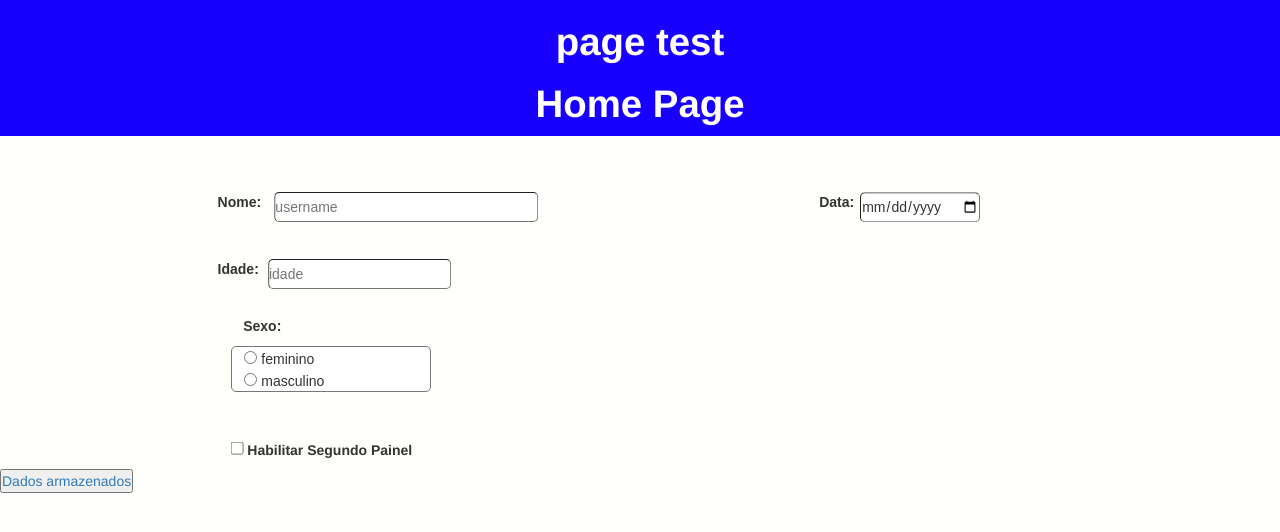
Repository: josceno/inital-page
Page: index.html
These files come from the project's save history. The page is drawn as it stood at one moment and after the next save; the edit follows.
The browser window is 1280 px wide. The pictures show the whole page.
Some web libraries are served in a nearby version.

Above is the page before, as saved 2022-02-21 12:04:05.
Console error: TypeError: Cannot read properties of null (reading 'innerHTML')

### index.html
<!DOCTYPE html>
<html>

  <head>

    <link data-require="bootstrap@3.3.7" data-semver="3.3.7" rel="stylesheet" href="https://maxcdn.bootstrapcdn.com/bootstrap/3.3.7/css/bootstrap.min.css" />
    <script data-require="jquery@*" data-semver="3.1.1" src="https://ajax.googleapis.com/ajax/libs/jquery/3.1.1/jquery.min.js"></script>
    <script data-require="bootstrap@3.3.7" data-semver="3.3.7" src="https://maxcdn.bootstrapcdn.com/bootstrap/3.3.7/js/bootstrap.min.js"></script>
    <script src="script.js">defer</script>
    <script data-require="angular.js@1.6.2" data-semver="1.6.2" src="https://ajax.googleapis.com/ajax/libs/angularjs/1.6.2/angular.js"></script>
    <link rel="stylesheet" href="style.css" />
    <script>
      const indexjs = __dirname
      module.exports = {indexjs}
    </script>
    <meta charset="UTF-8">

  </head>


  <body>


    <div class="content-wrap">

      <article>

      <header>
        <h2 style="font-size:3vw;">page test</h2>
        <h1 style="font-size:3vw;"> Home Page</h1>

      </header>
      <div id= "form">
      <form action="action._page.php">


       <!-- entradas para Nome, Idade, a Data e o Genero-->
        <div class = "Nome">
        <label for="">Nome:</label>
        <input class="Nomu"  aria-required="true" id="Nome" name="Nome" placeholder="username" type="text" size="30" max len/>

        </div>

        <div class = "idade">
        <label class=age for="">Idade:</label>
          <input class=Idade id="idade" idade="idade"  placeholder="idade" type="number" size="20"  onkeypress="return event.charCode >= 48" min="1" >
        </div>

        <div class="Data">
          <label for="">Data:</label>
            <input class=data name="data" type="date" value=2021-12-27 required id="Data"  min=2021-12-27 required></input>


          </div>
          <p class= genderlabel> Sexo:</p>
          <div class="sexo">

            <div class="genradio">
              <input type= radio name=genderi value=Feminino>   feminino<br>
              <input type= radio name=genderi value=masculino> masculino<br>

            </div>
          </div>
          <!-- O botão apresentar-->

            <button id=btn class=btnpresent onclick="clicar(); return false;" style="display:none;">Apresentar</button>

          </div>


          </div>




        <div class="checkbottom">
          <div class= check>
            <input  name=checkbox id=check1 type=checkbox value=" " onclick="aparescercampo()"/>
          <label for="">Habilitar Segundo Painel</label>
        </div>
       </div>

        <textarea   class=txt id="txt" name="txt" placeholder="Aqui vai os datados registrados acima, a primeira linha são os dados e a segunda é o numero de palavras" type="text" size="30" readonly maxlength=10000 style="display:none;"></textarea>
        <p class=titlex2 id=txt2title style="display:none;">texto Livre:</p>
        <textarea   class=txt2 id="txt2" name="txt2" placeholder="insira aqui um texto ele será contado e exibido no segundo painel" type="text" size="30"  maxlength=10000 style="display:none;"></textarea>

      </form>
    </div>

     </div>




      </style>
      <!--

        Sua estrutura html aqui

      -->
    </article>
    </div>
    <div class="dataAcss">
      <a href="/store">
        <input type ='submit' value="Dados armazenados">
      </a>

    <script src="script.js"></script>
  </body>

</html>

### script.js
// Seus scripts aqui
function datetime() {
  var title = document.getElementById('Data');
  var now = new Date();

  title.innerHTML = title.innerHTML + ' (' + now.toLocaleTimeString() + ')';
}


datetime();
D = new Date
dia = D.getDate()
mes = D.getMonth()+1
ano= D.getFullYear()
console.log(dia)
console.log(mes)
console.log(ano)
data = document.getElementById("Data")
data.min = ano+"-"+mes+"-"+dia;
data.value = ano+"-"+mes+"-"+dia;
DI= new Date(data.value)
outrodia= DI.getDate()+1
console.log(outrodia)
outromes= DI.getMonth()+1

console.log(outromes)

outroano= DI.getFullYear()

console.log(outroano)

console.log(document.getElementById("Data").value)




function aparescercampo(){
  var cb = document.getElementById("check1");
  var inputo = document.getElementById("txt");
  var inputo2 = document.getElementById("txt2");
  var btninput = document.getElementById("btn")
  var txt2label= document.getElementById("txt2title")
  if(cb.checked==true){
    inputo.style.display="block";
    inputo2.style.display="block";
    btninput.style.display="block";
    txt2label.style.display="block";

  }
  else{
    inputo.style.display="none";
    inputo2.style.display="none";
    btninput.style.display="none";
    txt2label.style.display="";
  }
}
function clicar()
{
  let gender = document.forms[0];
  let txt = "";

      txt = txt+ gender[0].value + "";
      document.getElementById("txt").value = "nome: "+  txt +"\n"


  let gender1 = document.getElementById("idade")
  let txt1 = "";


      txt1 = txt1+ gender1.value + "";
      document.getElementById("txt").value = "nome: "+  txt +"\n"+" idade: "+ txt1




      let gender2 = document.getElementById("Data")
      let Retxt2 = "";
      DI= new Date(data.value)
outrodia= DI.getDate()+1
console.log(outrodia)
outromes= DI.getMonth()+1

console.log(outromes)

outroano= DI.getFullYear()

console.log(outroano)

console.log(document.getElementById("Data").value)
if(outrodia == NaN|| outrodia == "[object HTMLTextAreaElement]"){
  alert("data invalida0")
}



      if(outroano>=ano ) {
        console.log("passou")
        console.log(ano)
        console.log(outroano)
        if(outroano>ano ){
          console.log("passou direto")
          console.log(outroano)
          gender2 = document.getElementById("Data")
             Retxt2 = "";
            console.log("passou")
              Retxt2 = Retxt2+ gender2.value + "";
              txt2 = Retxt2.split('-').reverse().join('-')
              document.getElementById("txt").value = "nome: "+  txt +"\n"+" idade: "+ txt1 +"\n"+ " data de registro " + txt2
        }
        else{if(outromes>=mes){
          console.log("passou")
          console.log(outromes)
          if(outrodia>= dia){
             gender2 = document.getElementById("Data")
             Retxt2 = "";
            console.log("passou")
              Retxt2 = Retxt2+ gender2.value + "";
              txt2 = Retxt2.split('-').reverse().join('-')
              document.getElementById("txt").value = "nome: "+  txt +"\n"+" idade: "+ txt1 +"\n"+ " data de registro " + txt2

          }
          else{
              alert("errou o dia")
              Retxt2 = Retxt2+ gender2.value + "";
              Retxt2= " "
              txt2 = Retxt2.split('-').reverse().join('-')
              document.getElementById("txt").value = "nome: "+  txt +"\n"+" idade: "+ txt1 +"\n"+ " data de registro " + txt2
          }
      }
      else{
          console.log("errou o mes")
          alert("errou o mes")
          txt2 = " "
      }}

      }
    else{
        if(outroano<ano){
        console.log("ano menor")
        txt2 = " "
        }
      }
      document.getElementById("txt").value = "nome: "+  txt +"\n"+" idade: "+ txt1 +"\n"+ " data de registro " + txt2









      let genderi = document.forms[0];
      let txt3 = "";
      let i;

      for(i=0; i <genderi.length; i++)
      {
          if(genderi[i].checked){
          txt3 = txt3+ genderi[i].value + "";


          }

      }
      document.getElementById("txt").value = "---nome: "+  txt +"\n"+"idade: "+ txt1 +"\n"+" data de registro: " + txt2 +"\n"+" Genero: " + txt3

      let gender4= document.getElementById("txt2")
      let txt4 = "";


      txt4 = txt4+ gender4.value + "";
      document.getElementById("txt").value = "---nome: "+  txt +"\n"+"idade: "+ txt1 +"\n"+" data de registro: " + txt2 +"\n"+" Genero: " + txt3 +"\n"+ txt4


      let self = document.getElementById("txt2")
        self.value = " "+self.value+ " ";
        var dito = self.value.match(/ a(?=ao |ai |au |ae |aO |aI |aU |aE )\S+/g);
        var ditO = self.value.match(/ A(?=Ao |Ai |Au |Ae |AO |AI |AU |AE )\S+/g);
        var dite = self.value.match(/ e(?=eo |ei |eu |ea )\S+/g);
        var ditE = self.value.match(/ E(?=Eo |Ei |Eu |Ea |EO |EI |EU |EA )\S+/g);
        var diti = self.value.match(/ i(?=io |ie |iu |ia )\S+/g);
        var ditI = self.value.match(/ I(?=Io |Ia |Iu |Ie |IO |IA |IU |IE )\S+/g);
        var dita = self.value.match(/ o(?=oi |oe |ou |oa )\S+/g);
        var ditA = self.value.match(/ O(?=oa |oi |ou |oe |oA |oI |oU |oE )\S+/g);
        var ditu = self.value.match(/ u(?=ui |ue |uo |ua )\S+/g);
        var ditU = self.value.match(/ U(?=Ua |Ui |Uo |Ue |UO |UI |UA |UE )\S+/g);

        var num = self.value.match(/\S+[a,á,ã,e,é,ê,i,í,o,ó,ô,õ,u,ú,A,Á,Ã.E,Ê.É,I,Ì,O,Ó,Ô,Õ,U,Ú,Y]/g);
        var tirdone = self.value.match(/\S+[a,e,i,o,u,A,E,I,O,U,Y]/g);
        var spaces = self.value.match(/[a,á,ã,e,é,ê,i,í,o,ó,ô,õ,,u,ú,A,Á,Ã.E,Ê.É,I,Ì,O,Ó,Ô,Õ,U,Ú,Y]\S+/g);


        /// checkpoint para não perda de arquivo III agr vai
        var ao = dito ? dito.length: 0;
        var Ao = ditO ? ditO.length: 0;
        var oo = dita ? dita.length: 0;
        var Oo = ditA ? ditA.length: 0;
        var eo = dite ? dite.length: 0;
        var Eo = ditE ? ditE.length: 0;
        var io =  diti ? diti.length: 0;
        var Io =  ditI ? ditI.length: 0;
        var uo =  ditu ? ditu.length: 0;
        var Uo =  ditU ? ditU.length: 0;
        console.log("duas letras",ao, Ao)
        console.log("duas letrase",eo)
        console.log("duas letrase",io)
        console.log("duas letrase",oo)
        console.log("duas letrasu",uo)
        var word = num ? num.length: 0;
        console.log("NUM",word)
        var tirdw = tirdone ? tirdone.length: 0;
        console.log("terceir",tirdw)
        var words = (spaces ? spaces.length: 0);
        console.log("palavras",words)
        var finalwarudo = word + words - (tirdw + ao + eo + io + oo + uo+ Ao +Oo+ Eo+ Io+ Uo);

        console.log("final result",finalwarudo)
        if(words>word){
          var somaT= word -words;
          finalwarudo = words
          console.log("final result2",finalwarudo)
        }



        if(finalwarudo<0){finalwarudo= finalwarudo*-1;}

        if(txt2 == " "){
          alert("data invalida")
        }

        document.getElementById("txt").value = "---nome: "+  txt +"\n"+"---idade: "+ txt1 +"\n"+ "---data: " + txt2 +"\n"+ "---Genero: " + txt3   +"\n"+"-----------------------------------"+"\n"+"    "+ txt4 +"\n"+"-----------------------------------"+"\n"+ "---numero de palavras é: " + finalwarudo;


}

### style.css
/* Suas estilizações */


*{
  margin: 0;
  padding: 0;
}
body{
  width: 100%;
  max-width: 130.3px;
  margin: 20 auto;
  height: 700px;
  background-color:rgb(254, 254, 250);
}

.content-wrap {

  margin: auto;
}

.content-wrap h1 {
  text-align: center;
  color: #ffffff;
  font-weight: bold;
}
.content-wrap h2 {
  text-align: center;
  color: #ffffff;
  font-weight: bold;
}
header{
  width:100vw;
  background-color: #1900fc;
  padding: 1px 0;
}



.Nome{

  width:80px;
  font-family: Óptima, sans-serif;
  height: 40px;
  display:flex;
  padding: 20px 0;
  transform: translate(0,90%);
  position: relative;
  left:17vw;
}
.Nomu{

  height: 30px;
  transform: translate(5%,0%);
  border-width: 0.01cm;
  border-radius: 0.5rem;
}

.idade{
  width:80px;
  display:flex;
  padding: 20px 0;
  transform: translate(0,90%);
  position: relative;
  left:17vw;
  font-family: Óptima, sans-serif;

}
.Idade{
  transform: translate(5%,0%);
  border-width: 0.01cm;
  border-radius: 0.5rem;
  height: 30px;
}
.Data{
  height: 60px;
  width:300px;
  display:flex;
  padding: 20px 0;
  margin-bottom: 10px;
  position: relative;
  transform: translate(0%,-123%);
  top:30%;
  left: 64vw;
  font-family: Óptima, sans-serif;
}
.data{
  height: 30px;
  transform: translate(5%,0%);
  border-radius: 0.5rem;
  border-width: 0.01cm;
}
.sexo{
  width: 200px;
  font-family: Óptima, sans-serif;
  border-style: solid;
  border-width: 0.01cm;
  border-color: rgb(121, 118, 118);
  border-radius: 0.5rem;
  margin-left: 10%;
  transform: translate(0,0%);
  position: relative;
  left:17vw;
  background-color:rgb(255, 255, 255) ;
}
.genradio{
  position: relative;
  left: 1vw
}
.genderlabel{
  font-family: Óptima, sans-serif;
  font-weight: 600;
  position: relative;
  left:19vw;
}


.check{
  width:300px;
  padding: 20px 0;
  transform: translate(17vw,2vw);
  margin-bottom: 10px;
  position: relative;
  left:1vw;

}
.txt2{
  height: 130px;
  width:260px;
  display:flex;
  padding: 20px 0;
  margin-bottom: 10px;
  position: relative;
  transform: translate(0%,-305%);
  top:60%;
  left: 64vw;
  font-family: Óptima, sans-serif;
  border-radius: 0.5rem;
}
.txt{
  color: #000000;
  font-style: italic;
  font-family: Óptima, sans-serif;
  font-weight: bold;
  font-size: 15px;
  padding: 20px 0;
  position: relative;
  left:18vw;
  border-radius: 0.5rem;
  height: 170px;
  width:800px;
  background-color:rgba(189, 185, 185, 0.685) ;

}
.titlex2{
  font-family: Óptima, sans-serif;
  display:flex;
  padding: 20px 0;
  margin-bottom: 10px;
  position: relative;
  transform: translate(10%,-630%);
  top:60%;
  left: 64vw;

}



.btnpresent{

  transform: translate(0%,900%);
  left:1000px;
  padding: 5px 0;
  background: #016ABC;
  color: #fff;
  border: 1px solid #eee;
  border-radius: 0.5rem;
  box-shadow: 5px 5px 5px #eee;
  text-shadow:none;
  width: 80px;
  position: relative;

}
.btnpresent:hover{
  background: rgba(0, 0, 0, 0);
  color: #016ABC;
  box-shadow:insert 0 0 0 3px  #016ABC;
}
.word{
  transform: translate(60%,-115%);
}

After the next save:
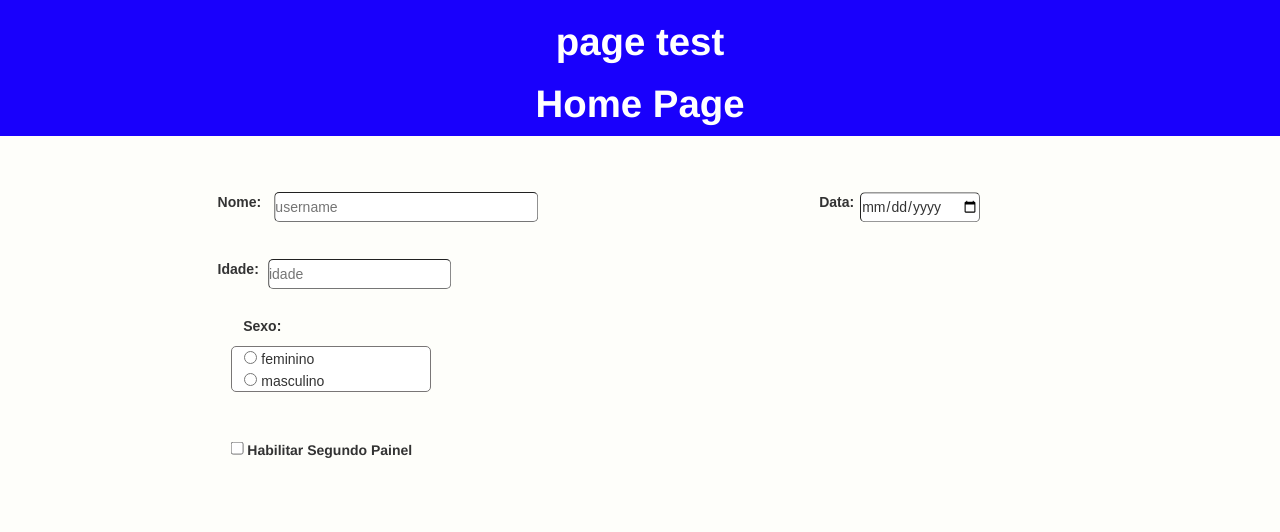
Saved 3 min 11 s later.
--- a/index.html
+++ b/index.html
@@ -100,10 +100,7 @@
       -->
     </article>
     </div>
-    <div class="dataAcss">
-      <a href="/store">
-        <input type ='submit' value="Dados armazenados">
-      </a>
+
 
     <script src="script.js"></script>
   </body>
